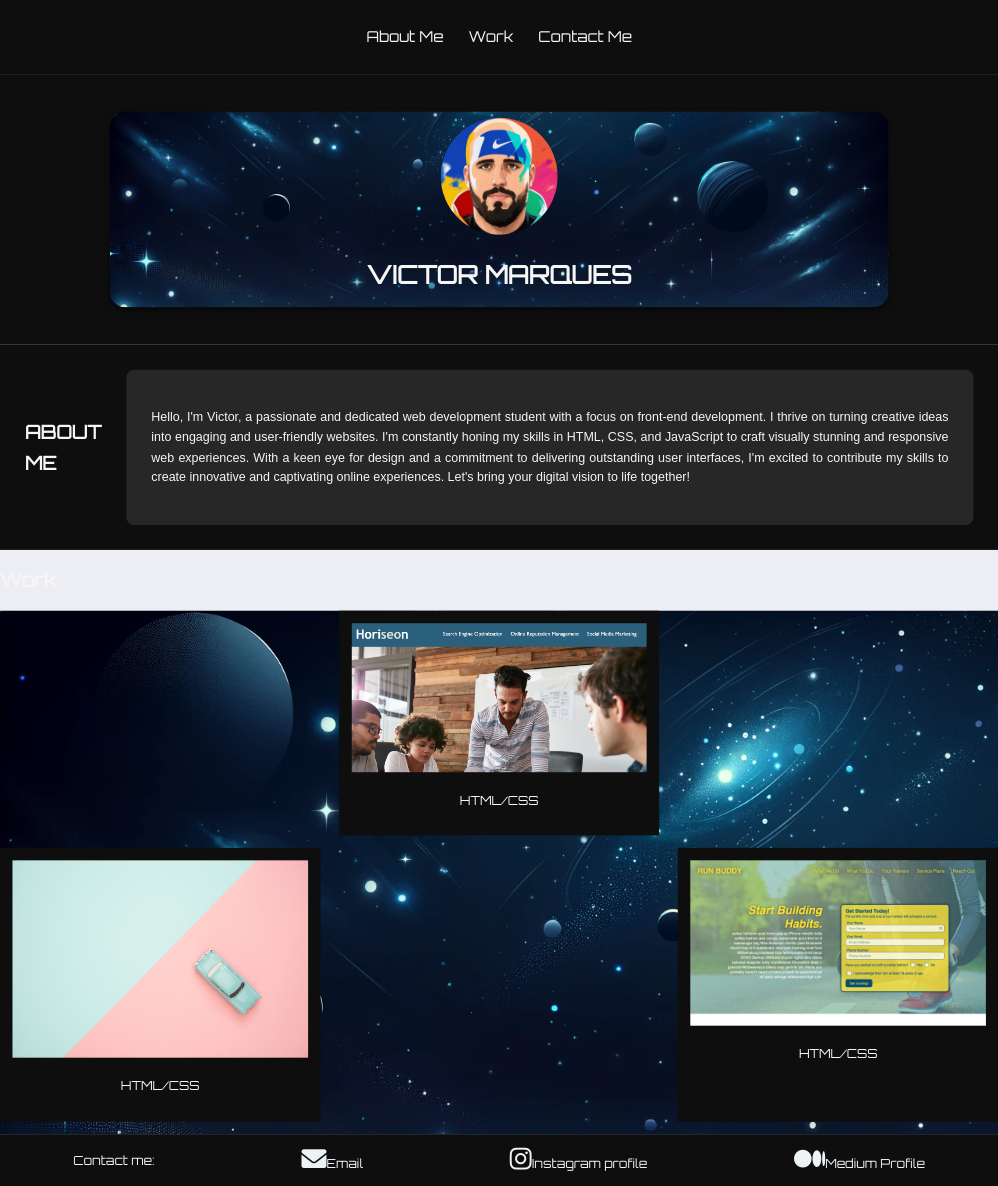
Repository: uvee35/Challenge2-Victor
Page: index.html
An editor plug-in stored every save of this project. The page is shown before and after the next save, followed by the edit.
The browser window is 1280 px wide. The pictures show the whole page, at 78% of full size.

Above is the page before, as saved 2023-12-12 22:30:07.

After the next save:
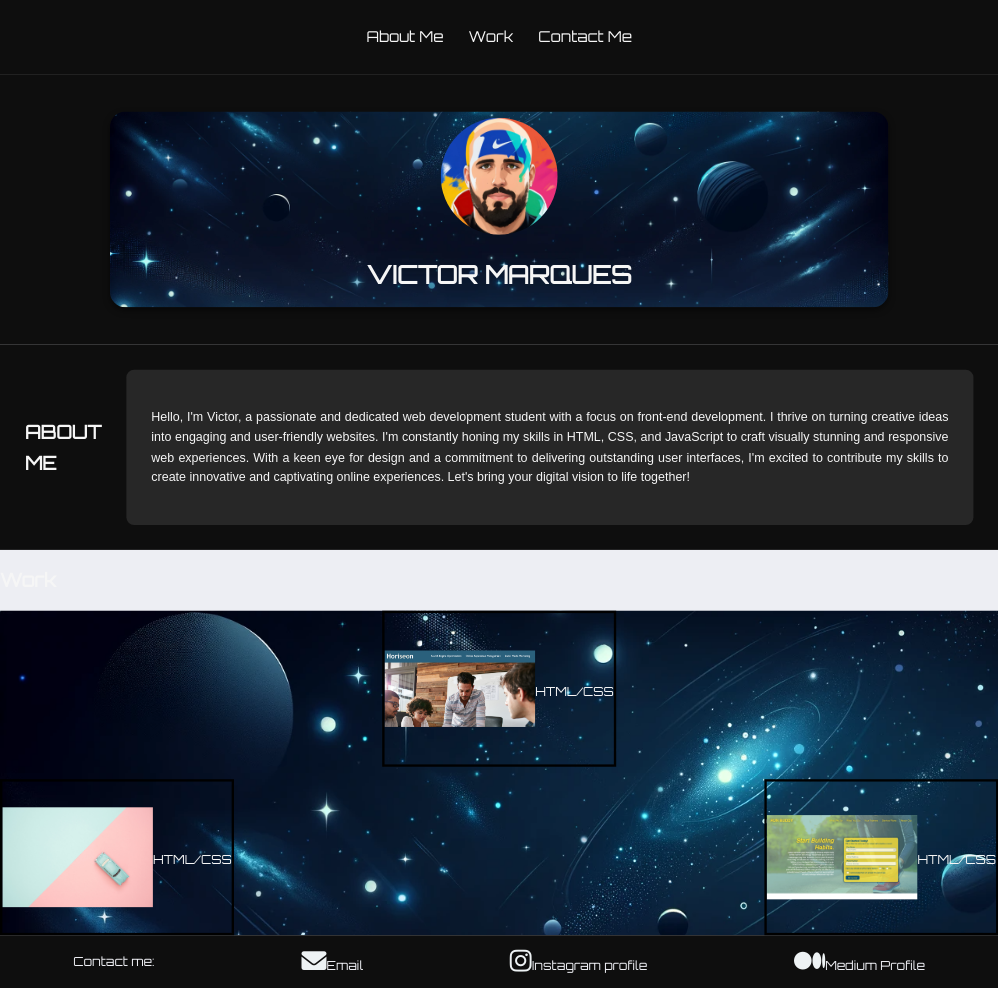
Saved 74 s later.
--- a/assets/style.css
+++ b/assets/style.css
@@ -134,18 +134,6 @@
   text-align: justify;
   font-family: Arial, Helvetica, sans-serif;
 }
-
-
-
-.project {
-  background-color: var(--secondary-color);
-  padding: 1rem;
-  width: calc(33.333% - 1rem);
-  margin-bottom: 1rem;
-  grid-template-columns: repeat(2, 1fr); /* Two columns layout for the underneath images */
-  gap: 2rem;
-}
-
 .project--featured {
   max-width: 500px;
   margin: auto;
@@ -154,11 +142,27 @@
 
 }
 
+
+
+.project {
+  /* Assuming .project is the container of your image */
+  text-align: center; /* Center inline elements like images */
+  display: flex; /* Enables flexbox */
+  justify-content: center; /* Center children horizontally */
+  align-items: center; /* Center children vertically */
+  overflow: hidden; /* Prevents content from spilling out */
+  border: 3px solid black; /* Optional border */
+  /* Set specific width and height as needed */
+  width: 300px; /* Adjust to fit your layout */
+  height: 200px; /* Adjust to fit your layout */
+}
+
 .project img {
-  max-width: 500px;
-  height: auto;
-  border: -10px solid var(--accent-color);
-}
+  max-width: 100%; /* Image can be at most 100% of its container */
+  max-height: 100%; /* Image can be at most 100% of its container */
+  height: auto; /* Maintain aspect ratio */
+}
+
 .work__projects {
   display: grid;
   grid-template-columns: repeat(1, 1fr); /* One column layout for the top image */
